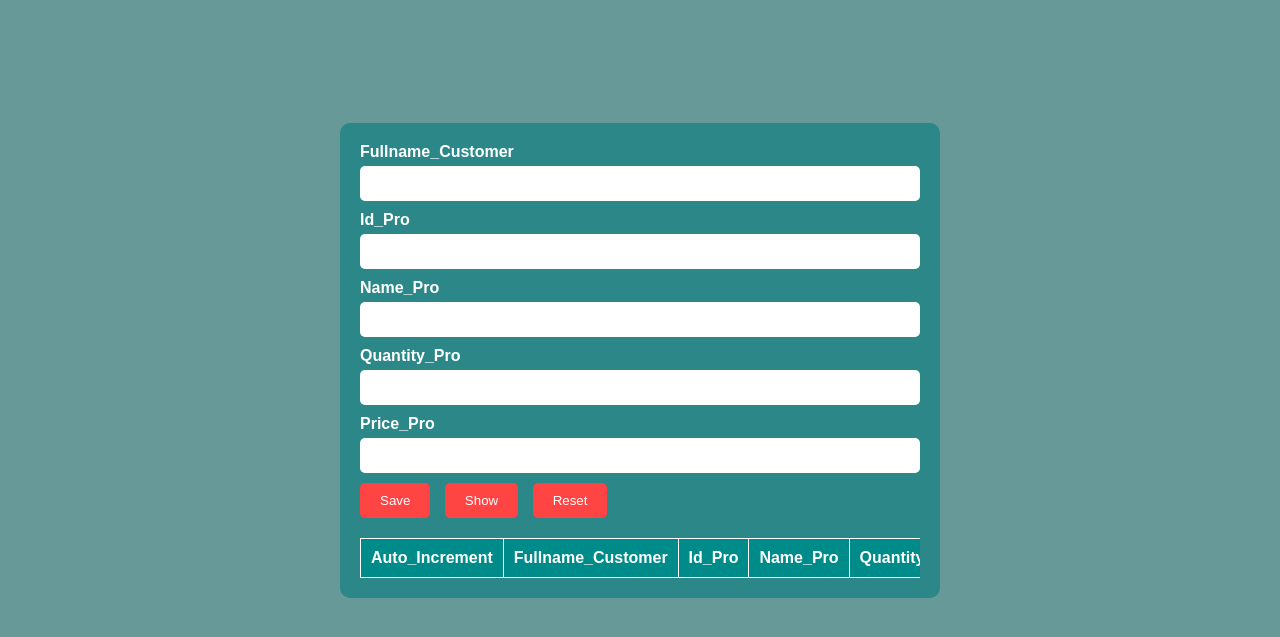
Repository: LeTiepTuyen/homework2
Page: clothes_form_with_array.html
The author's editor kept a copy of each file at every save. The page is drawn from the files as they stood at one save, then again after the next save.
The browser window is 1280 px wide. The pictures show the whole page.

Above is the page before, as saved 2024-09-20 21:49:57.

### clothes_form_with_array.html
<!DOCTYPE html>
<html lang="en">
  <head>
    <meta charset="UTF-8" />
    <meta name="viewport" content="width=device-width, initial-scale=1.0" />
    <title>Clothes Form with Array</title>
    <link rel="stylesheet" href="style2.css" />
  </head>
  <body>
    <div class="container">
      <form id="productForm">
        <div class="input-group">
          <label for="fullnameCustomer">Fullname_Customer</label>
          <input type="text" id="fullnameCustomer" required />
        </div>
        <div class="input-group">
          <label for="idPro">Id_Pro</label>
          <input type="number" id="idPro" required />
        </div>
        <div class="input-group">
          <label for="namePro">Name_Pro</label>
          <input type="text" id="namePro" required />
        </div>
        <div class="input-group">
          <label for="quantityPro">Quantity_Pro</label>
          <input type="number" id="quantityPro" required />
        </div>
        <div class="input-group">
          <label for="pricePro">Price_Pro</label>
          <input type="number" id="pricePro" required />
        </div>

        <button type="button" id="saveButton">Save</button>
        <button type="button" id="showButton">Show</button>
        <button type="button" id="resetButton">Reset</button>
      </form>

      <table id="productTable">
        <thead>
          <tr>
            <th>Auto_Increment</th>
            <th>Fullname_Customer</th>
            <th>Id_Pro</th>
            <th>Name_Pro</th>
            <th>Quantity_Pro</th>
            <th>Price_Pro</th>
            <th>Discount</th>
            <th>Amount</th>
            <th>Total</th>
          </tr>
        </thead>
        <tbody>
          <!-- Product rows will be appended here -->
        </tbody>
      </table>
    </div>

    <script>
      let productArray = [];
      let productCount = 0;

      document.getElementById("saveButton").addEventListener("click", function () {
        const fullnameCustomer = document.getElementById("fullnameCustomer").value;
        const idPro = document.getElementById("idPro").value;
        const namePro = document.getElementById("namePro").value;
        const quantityPro = parseInt(document.getElementById("quantityPro").value);
        const pricePro = parseInt(document.getElementById("pricePro").value);

        if (!fullnameCustomer || !idPro || !namePro || !quantityPro || !pricePro) {
          alert("Please fill out all fields");
          return;
        }

        const discount = pricePro * 0.1; // Giảm giá 10%
        const amount = quantityPro * pricePro;
        const total = amount - discount;

        productCount++;
        const newProduct = {
          id: productCount,
          fullnameCustomer,
          idPro,
          namePro,
          quantityPro,
          pricePro,
          discount,
          amount,
          total,
        };

        productArray.push(newProduct);
        displayProducts();
        document.getElementById("productForm").reset(); // Reset form fields
      });

      document.getElementById("showButton").addEventListener("click", function () {
        const productTable = document.getElementById("productTable");
        if (productTable.style.display === "none") {
          productTable.style.display = "table";
        } else {
          productTable.style.display = "none";
        }
      });

      document.getElementById("resetButton").addEventListener("click", function () {
        document.getElementById("productForm").reset(); // Reset form fields
      });

      function displayProducts() {
        const tableBody = document.querySelector("#productTable tbody");
        tableBody.innerHTML = ""; // Clear table body before appending new rows

        productArray.forEach((product) => {
          const row = document.createElement("tr");
          row.innerHTML = `
          <td>${product.id}</td>
          <td>${product.fullnameCustomer}</td>
          <td>${product.idPro}</td>
          <td>${product.namePro}</td>
          <td>${product.quantityPro}</td>
          <td>${product.pricePro}</td>
          <td>${product.discount.toFixed(1)}</td>
          <td>${product.amount}</td>
          <td>${product.total.toFixed(1)}</td>
        `;
          tableBody.appendChild(row);
        });
      }
    </script>
  </body>
</html>

### style2.css
* {
  margin: 0;
  padding: 0;
  box-sizing: border-box;
}

body {
  font-family: Arial, sans-serif;
  background-color: #689999;
  display: flex;
  justify-content: center;
  align-items: center;
  height: 100vh;
  overflow: hidden;
}

.container {
  background-color: #2c8788;
  padding: 20px;
  border-radius: 10px;
  width: 600px;
  color: white;
  overflow-x: auto; /* Cho phép cuộn ngang nếu bảng vượt quá chiều rộng */
}

input {
  width: 100%;
  padding: 10px;
  margin-bottom: 10px;
  border: none;
  border-radius: 5px;
}

label {
  font-weight: bold;
  margin-bottom: 5px;
  display: block;
}

button {
  padding: 10px 20px;
  background-color: #ff4444;
  color: white;
  border: none;
  border-radius: 5px;
  margin-right: 10px;
  cursor: pointer;
}

button:hover {
  background-color: #ff2222;
}

table {
  width: 100%;
  border-collapse: collapse;
  margin-top: 20px;
}

th,
td {
  border: 1px solid white;
  padding: 10px;
  text-align: center;
}

thead {
  background-color: #008b8b;
}

tbody {
  background-color: #00baba;
}

.container table {
  display: block;
  width: 100%;
  overflow-x: auto; /* Đảm bảo bảng không bị tràn ra ngoài container */
}

After the next save:
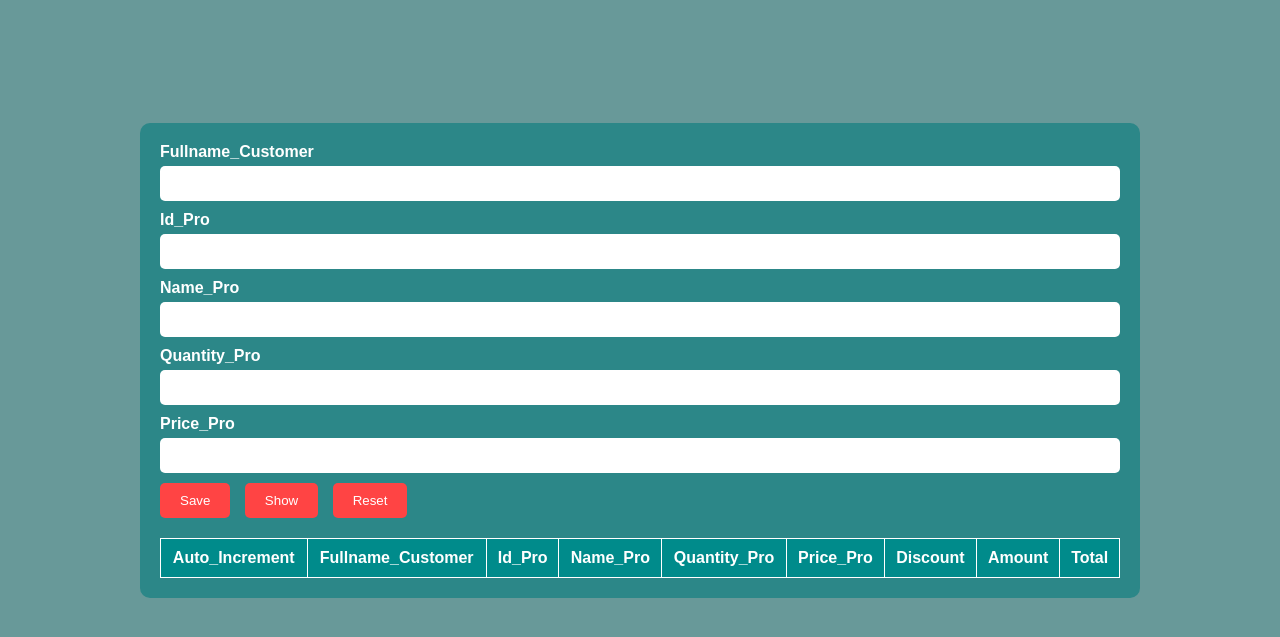
Saved 103 s later.
--- a/style2.css
+++ b/style2.css
@@ -11,16 +11,14 @@ body {
   justify-content: center;
   align-items: center;
   height: 100vh;
-  overflow: hidden;
 }
 
 .container {
   background-color: #2c8788;
   padding: 20px;
   border-radius: 10px;
-  width: 600px;
+  width: 1000px; /* Tăng chiều rộng container để đủ chứa bảng */
   color: white;
-  overflow-x: auto; /* Cho phép cuộn ngang nếu bảng vượt quá chiều rộng */
 }
 
 input {
@@ -71,9 +69,3 @@ thead {
 tbody {
   background-color: #00baba;
 }
-
-.container table {
-  display: block;
-  width: 100%;
-  overflow-x: auto; /* Đảm bảo bảng không bị tràn ra ngoài container */
-}
